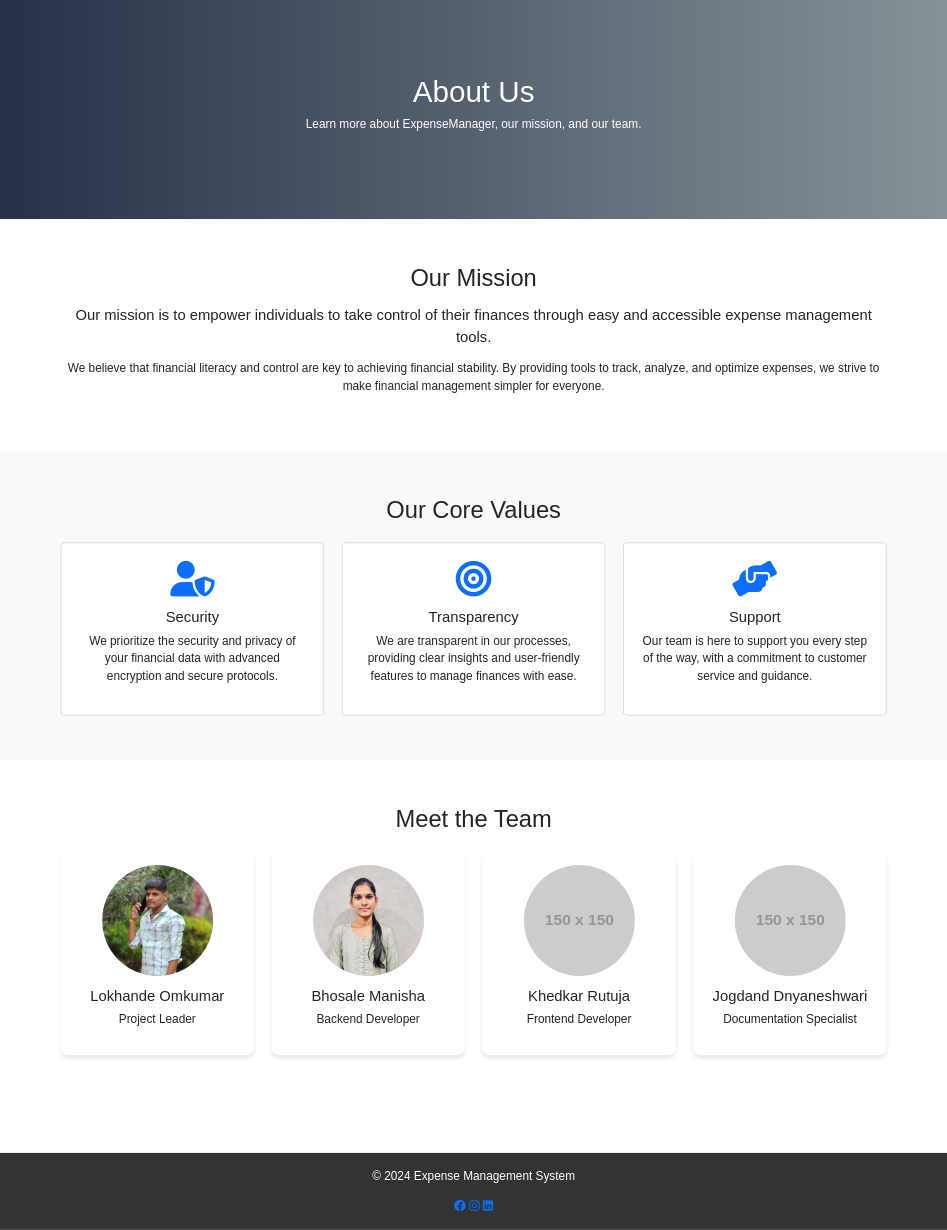
Repository: omlokhande1212/Expense-management
Page: expense/Demo/src/main/webapp/aboutus.html
These files come from the project's save history. The page is drawn as it stood at one moment and after the next save; the edit follows.
The browser window is 1280 px wide. The pictures show the whole page, at 74% of full size.

Above is the page before, as saved 2024-11-24 06:23:36.

### expense/Demo/src/main/webapp/aboutus.html
<!DOCTYPE html>
<html lang="en">
<head>
    <meta charset="UTF-8">
    <meta name="viewport" content="width=device-width, initial-scale=1.0">
    <title>About Us - Expense Management System</title>
    <link href="https://cdn.jsdelivr.net/npm/bootstrap@5.3.0-alpha1/dist/css/bootstrap.min.css" rel="stylesheet">
    <link rel="stylesheet" href="https://cdnjs.cloudflare.com/ajax/libs/font-awesome/6.0.0-beta3/css/all.min.css">
    <style>
        /* Custom styles */
        body {
            font-family: Arial, sans-serif;
            scroll-behavior: smooth;
        }
        .hero-section {
            background: linear-gradient(to right, #283048, #859398);
            color: white;
            padding: 100px 0;
            text-align: center;
        }
        .mission-section, .team-section, .values-section {
            padding: 60px 0;
        }
        .values-section {
            background-color: #f9f9f9;
        }
        .team-member {
            transition: transform 0.3s, box-shadow 0.3s;
            background: #fff;
            border-radius: 10px;
            padding: 20px;
            text-align: center;
            box-shadow: 0 4px 6px rgba(0, 0, 0, 0.1);
        }
        .team-member:hover {
            transform: translateY(-5px);
            box-shadow: 0 6px 10px rgba(0, 0, 0, 0.2);
        }
        .team-member img {
            width: 150px;
            height: 150px;
            border-radius: 50%;
            margin-bottom: 15px;
            object-fit: cover;
        }
        .footer {
            background: #333;
            color: white;
            padding: 20px 0;
        }
    </style>
</head>
<body>

    <!-- Hero Section -->
    <section class="hero-section">
        <div class="container">
            <h1>About Us</h1>
            <p>Learn more about ExpenseManager, our mission, and our team.</p>
        </div>
    </section>

    <!-- Mission Section -->
    <section class="mission-section text-center">
        <div class="container">
            <h2>Our Mission</h2>
            <p class="lead mt-3">Our mission is to empower individuals to take control of their finances through easy and accessible expense management tools.</p>
            <p>We believe that financial literacy and control are key to achieving financial stability. By providing tools to track, analyze, and optimize expenses, we strive to make financial management simpler for everyone.</p>
        </div>
    </section>

    <!-- Values Section -->
    <section class="values-section text-center">
        <div class="container">
            <h2>Our Core Values</h2>
            <div class="row mt-4">
                <div class="col-md-4">
                    <div class="card p-4">
                        <i class="fas fa-user-shield fa-3x mb-3 text-primary"></i>
                        <h5>Security</h5>
                        <p>We prioritize the security and privacy of your financial data with advanced encryption and secure protocols.</p>
                    </div>
                </div>
                <div class="col-md-4">
                    <div class="card p-4">
                        <i class="fas fa-bullseye fa-3x mb-3 text-primary"></i>
                        <h5>Transparency</h5>
                        <p>We are transparent in our processes, providing clear insights and user-friendly features to manage finances with ease.</p>
                    </div>
                </div>
                <div class="col-md-4">
                    <div class="card p-4">
                        <i class="fas fa-hands-helping fa-3x mb-3 text-primary"></i>
                        <h5>Support</h5>
                        <p>Our team is here to support you every step of the way, with a commitment to customer service and guidance.</p>
                    </div>
                </div>
            </div>
        </div>
    </section>

    <!-- Team Section -->
    <section class="team-section text-center">
        <div class="container">
            <h2>Meet the Team</h2>
            <div class="row mt-4">
                <div class="col-md-3 col-sm-6 mb-4">
                    <div class="team-member">
                        <img src="omkumar_lokhande.jpg" alt="Team Member">
                        <h5>Lokhande Omkumar</h5>
                        <p>Project Leader</p>
                    </div>
                </div>
                <div class="col-md-3 col-sm-6 mb-4">
                    <div class="team-member">
                        <img src="manisha_bhosale.jpg" alt="Team Member">
                        <h5>Bhosale Manisha</h5>
                        <p>Backend Developer</p>
                    </div>
                </div>
                <div class="col-md-3 col-sm-6 mb-4">
                    <div class="team-member">
                        <img src="https://via.placeholder.com/150" alt="Team Member">
                        <h5>Khedkar Rutuja</h5>
                        <p>Frontend Developer</p>
                    </div>
                </div>
                <div class="col-md-3 col-sm-6 mb-4">
                    <div class="team-member">
                        <img src="https://via.placeholder.com/150" alt="Team Member">
                        <h5>Jogdand Dnyaneshwari</h5>
                        <p>Documentation Specialist</p>
                    </div>
                </div>
            </div>
        </div>
    </section>

   <footer class="footer mt-5">
    <div class="container text-center">
      <p>&copy; 2024 Expense Management System</p>
      <div class="social-icons">
        <a href="https://facebook.com" target="_blank"><i class="fab fa-facebook"></i></a>
        <a href="https://instagram.com" target="_blank"><i class="fab fa-instagram"></i></a>
        <a href="https://linkedin.com" target="_blank"><i class="fab fa-linkedin"></i></a>
      </div>
    </div>
  </footer>

    <!-- JavaScript Libraries -->
    <script src="https://cdn.jsdelivr.net/npm/bootstrap@5.3.0-alpha1/dist/js/bootstrap.bundle.min.js"></script>
</body>
</html>

After the next save:
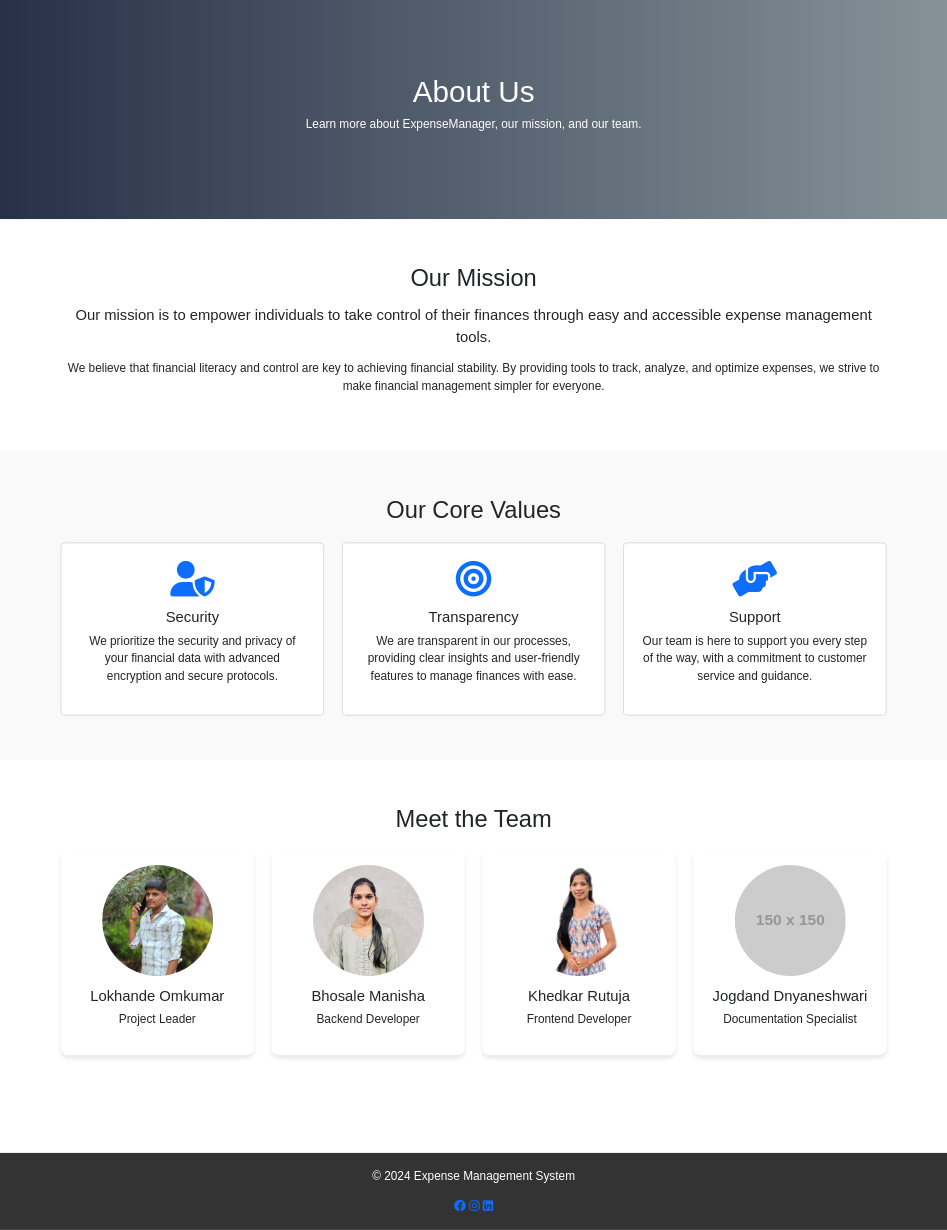
Saved 2 min 42 s later.
--- a/expense/Demo/src/main/webapp/aboutus.html
+++ b/expense/Demo/src/main/webapp/aboutus.html
@@ -120,7 +120,7 @@
                 </div>
                 <div class="col-md-3 col-sm-6 mb-4">
                     <div class="team-member">
-                        <img src="https://via.placeholder.com/150" alt="Team Member">
+                        <img src="rutuja_khedkar1.jpg" alt="Team Member">
                         <h5>Khedkar Rutuja</h5>
                         <p>Frontend Developer</p>
                     </div>
